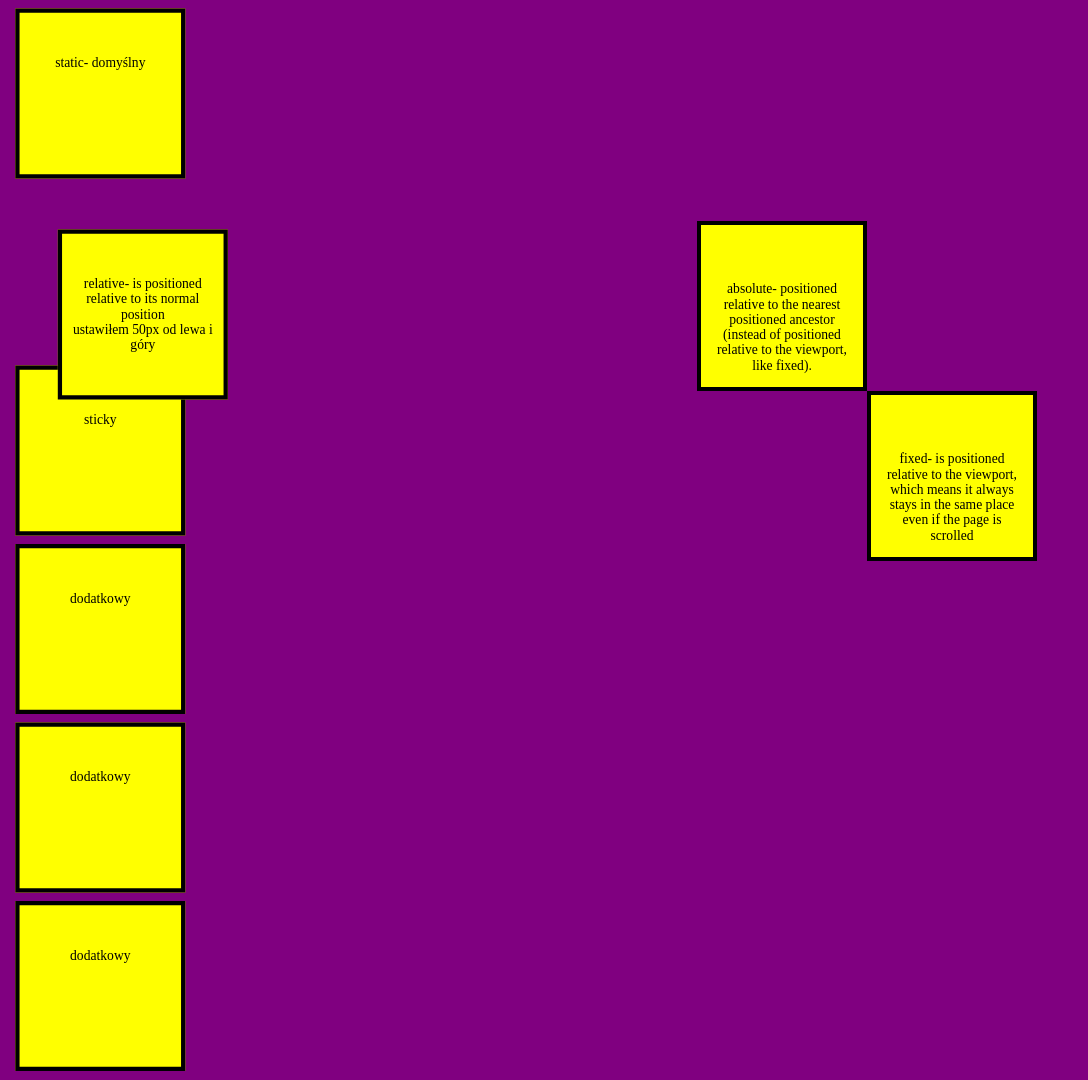
Repository: quenrythane/homepage
Page: CSS positions/CSS-positions.html
An editor plug-in stored every save of this project. The page is shown before and after the next save, followed by the edit.
The browser window is 1280 px wide. The pictures show the whole page, at 85% of full size.

Above is the page before, as saved 2020-10-11 03:58:56.

### CSS positions/CSS-positions.html
<!DOCTYPE html>
<html lang="en">
<head>
    <meta charset="UTF-8">
    <meta name="viewport" content="width=device-width, initial-scale=1.0">
    <title>CSS-positions</title>
    <link href="CSS-positions.css " rel="stylesheet" type="text/css">
</head>
<body >
    <div class="box static">static- domyślny</div>
    <div class="box relative">relative- is positioned relative to its normal position<br>
    ustawiłem 50px od lewa i góry</div>
    <div class="box fixed">
        <p>fixed- is positioned relative to the viewport, which means it always stays in the same place even if the page is scrolled</p>
        <p>A fixed element does not leave a gap in the page where it would normally have been located</p>
        <p> Czyli ogólnie strona załaduje go w to miejsce jakby strona normalnie się ładowała i na koniec tak jakby przy klei go w to miejsce na ekranie, przez co nawet jak będziemy przewijać stronę to zostanie w tym samym miejscu ekranu (nie zmieni miejsca ani w wysokości ani w szerokośći)</p>
        <p> Chyba, że nadamy mu miejsce w którym ma się znaleźć, wtedy tak jakby nie jest brany pod uwagę w wstępnym layoucie strony, tylko dodawany na sam koniec (ja go ustawię w miejsce w prawym rogu po 50px od krawędzi)</p>
    </div>
    <div class="box absolute">
        <p>absolute- positioned relative to the nearest positioned ancestor (instead of positioned relative to the viewport, like fixed).</p>

       <p> However; if an absolute positioned element has no positioned ancestors, it uses the document body, and moves along with page scrolling.</p>
        </div>
    <div class="box sticky">sticky</div>

    <div class="box">dodatkowy</div>
    <div class="box">dodatkowy</div>
    <div class="box">dodatkowy</div>
</body>
</html>

### CSS positions/CSS-positions.css
body {
    background: purple;
}

.box{
    box-sizing: border-box;
    background: yellow;
    width: 200px;
    height: 200px ;
    margin: 10px;
    text-align: center;
    padding: 10px ;
    padding-top: 50px;
    border: solid black 5px;
    overflow: scroll;
}

.static{
    position: static;
}

.relative{
    position: relative;
    left: 50px;
    top: 50px;
}

.fixed{
    position: fixed;
    right: 50px;
    bottom: 50px;
}

.absolute{
    position: absolute;
    right: 250px;
    top: 250px;
}

.sticky{

}

After the next save:
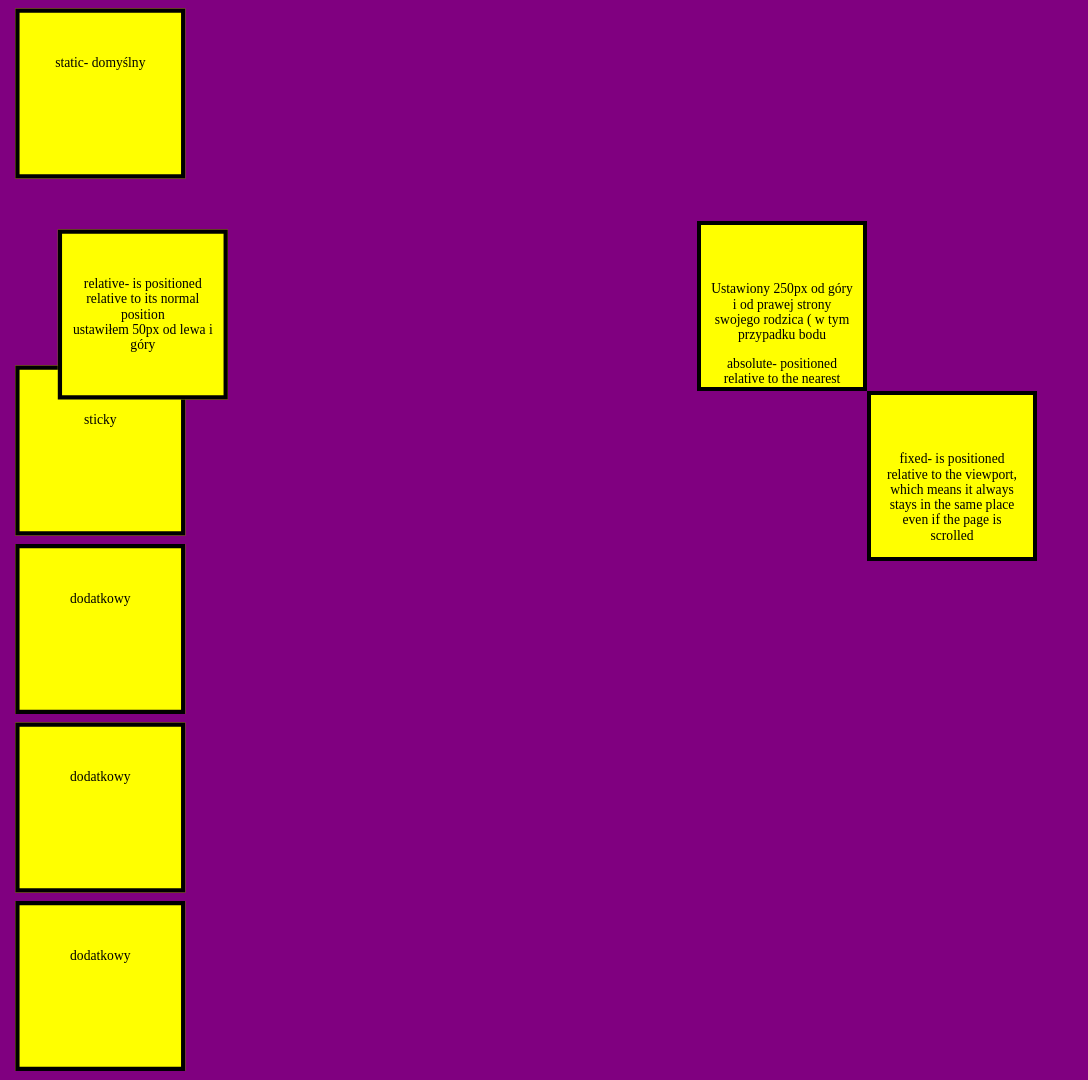
Saved 46 s later.
--- a/CSS positions/CSS-positions.html
+++ b/CSS positions/CSS-positions.html
@@ -17,6 +17,7 @@
         <p> Chyba, że nadamy mu miejsce w którym ma się znaleźć, wtedy tak jakby nie jest brany pod uwagę w wstępnym layoucie strony, tylko dodawany na sam koniec (ja go ustawię w miejsce w prawym rogu po 50px od krawędzi)</p>
     </div>
     <div class="box absolute">
+        <p>Ustawiony 250px od góry i od prawej strony swojego rodzica ( w tym przypadku bodu</p>
         <p>absolute- positioned relative to the nearest positioned ancestor (instead of positioned relative to the viewport, like fixed).</p>
 
        <p> However; if an absolute positioned element has no positioned ancestors, it uses the document body, and moves along with page scrolling.</p>
